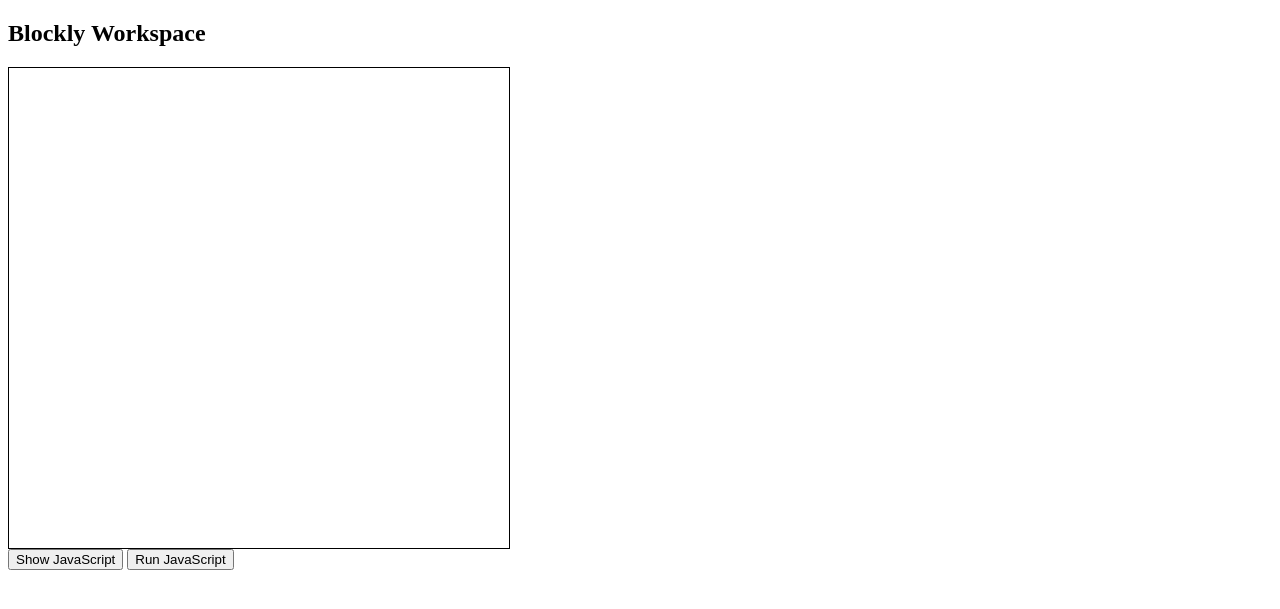
Repository: bubble501/CSCI630_Ektaa
Page: Blockly/WebContent/index.html
The author's editor kept a copy of each file at every save. The page is drawn from the files as they stood at one save, then again after the next save.
The browser window is 1280 px wide. The pictures show the whole page.
Pictures or frames that could not be fetched are drawn as grey boxes.

Above is the page before, as saved 2015-04-26 18:45:46.

After the next save:
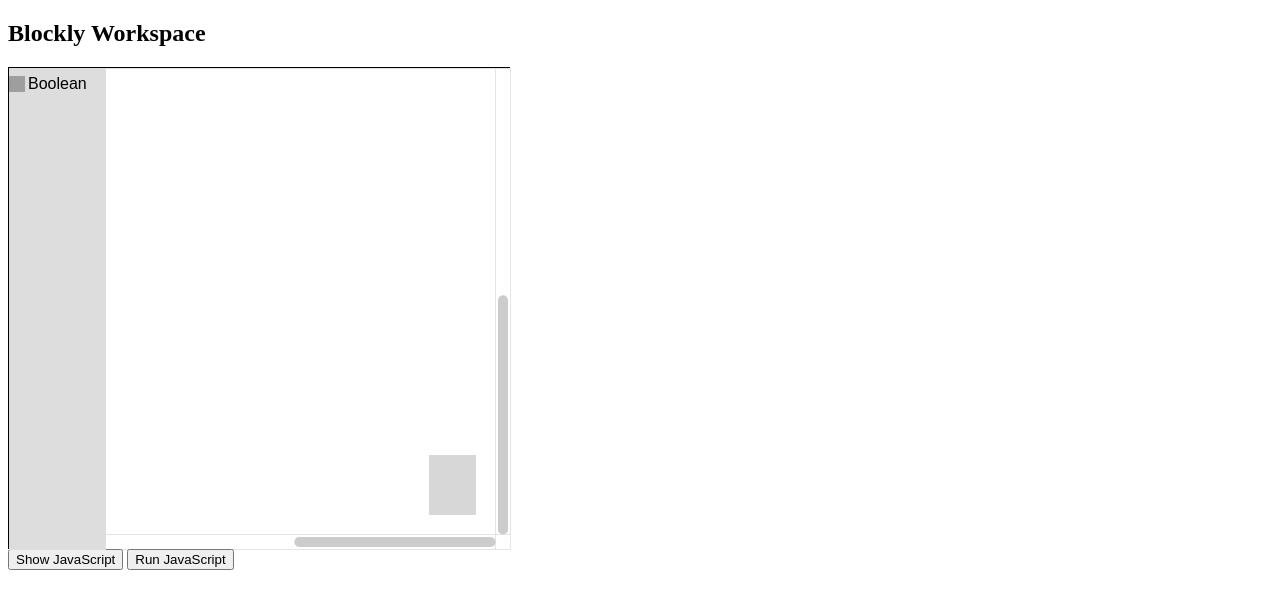
Saved 5 min 50 s later.
--- a/Blockly/WebContent/index.html
+++ b/Blockly/WebContent/index.html
@@ -23,8 +23,33 @@
         	<block type="logic_boolean"></block>
         	<block type="logic_null"></block>
         	<block type="logic_ternary"></block>
-      	</category>
+      		</category>
       	</xml>
+      	<script type="text/javascript">
+      		Blockly.inject(document.getElementById('blocklyDiv'),{toolbox: document.getElementById('toolbox')});
+
+      		function showCode() {
+      	      // Generate JavaScript code and display it.
+      	      Blockly.JavaScript.INFINITE_LOOP_TRAP = null;
+      	      var code = Blockly.JavaScript.workspaceToCode();
+      	      alert(code);
+      	    }
+
+      	    function runCode() {
+      	      // Generate JavaScript code and run it.
+      	      window.LoopTrap = 1000;
+      	      Blockly.JavaScript.INFINITE_LOOP_TRAP =
+      	          'if (--window.LoopTrap == 0) throw "Infinite loop.";\n';
+      	      var code = Blockly.JavaScript.workspaceToCode();
+      	      Blockly.JavaScript.INFINITE_LOOP_TRAP = null;
+      	      try {
+      	        eval(code);
+      	      } catch (e) {
+      	        alert(e);
+      	      }
+      	    }
+      	</script>
+
 	</div>
 </body>
 </html>
